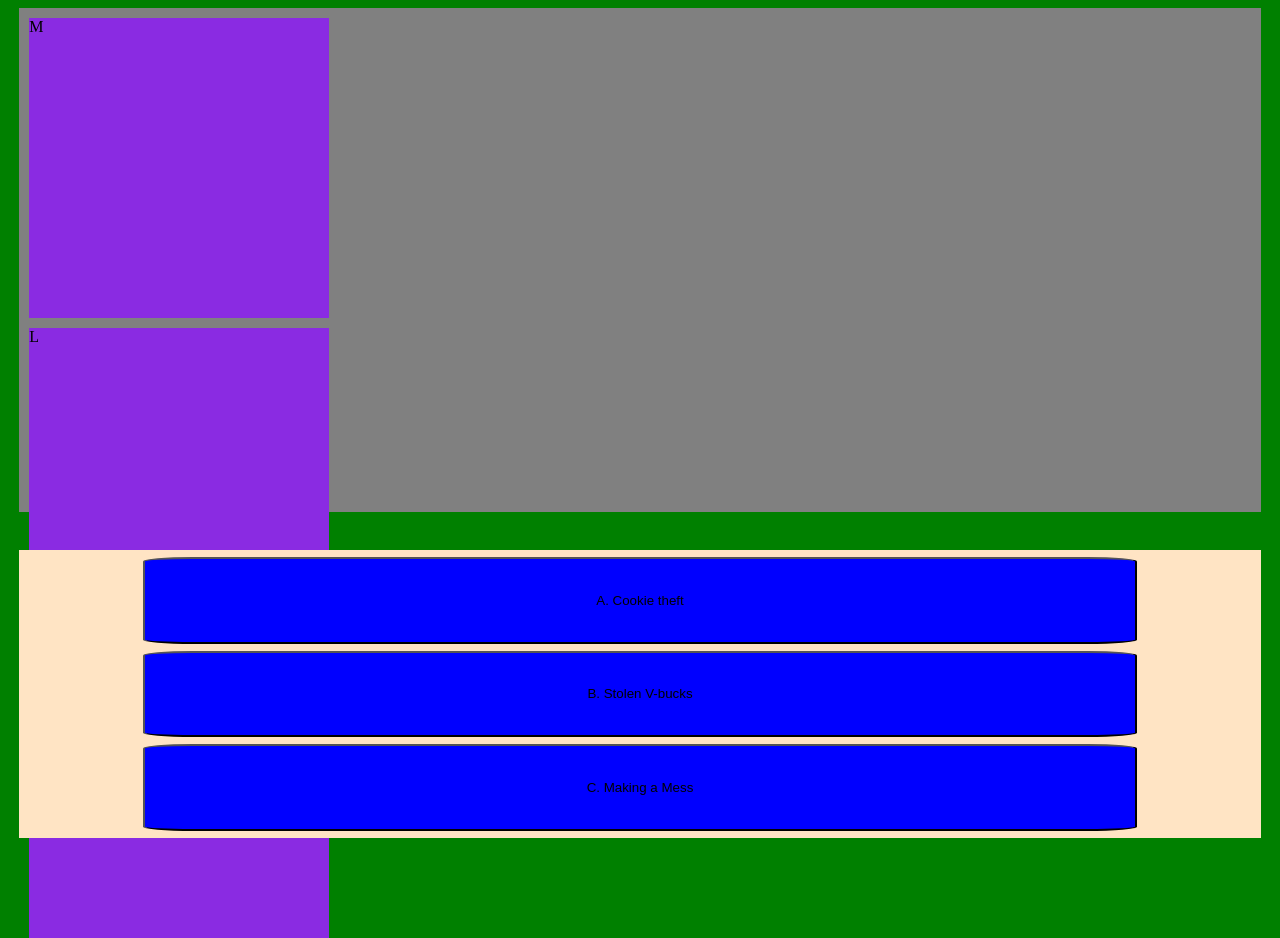
Repository: nguyenlejoe/Dynamic_notSoSherlock
Page: Alex Inductive Thinking/MultiChoice.html
An editor plug-in stored every save of this project. The page is shown before and after the next save, followed by the edit.
The browser window is 1280 px wide. The pictures show the whole page.

Above is the page before, as saved 2020-03-05 20:53:13.

After the next save:
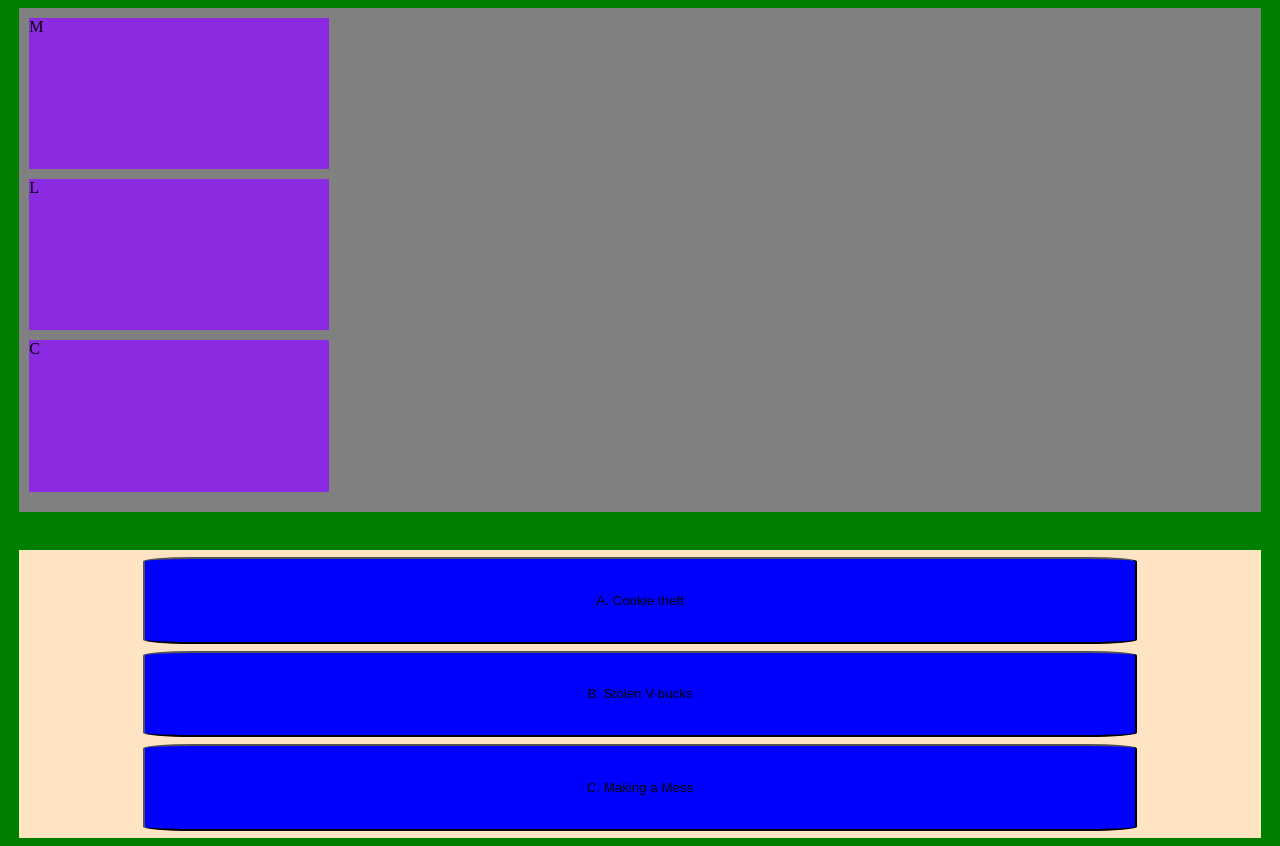
Saved 2 min 46 s later.
--- a/Alex Inductive Thinking/MultiChoice.css
+++ b/Alex Inductive Thinking/MultiChoice.css
@@ -15,7 +15,7 @@
 }
 .evidence{
     width: 300px;
-    height: 300px;
+    height: 30%;
     background-color: blueviolet;
     margin: 10px;
 }

After the save that followed:
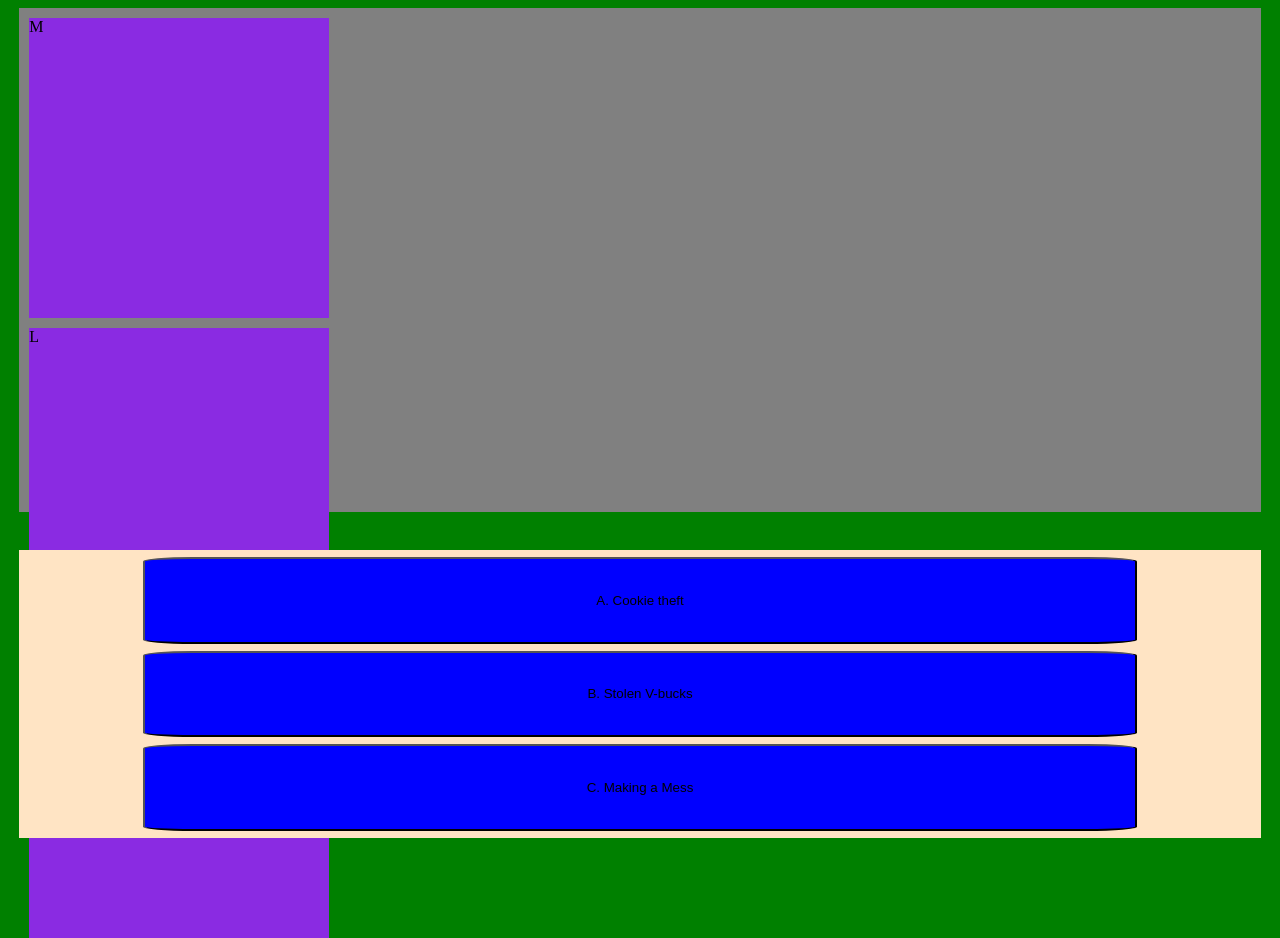
Saved 16 s later.
--- a/Alex Inductive Thinking/MultiChoice.css
+++ b/Alex Inductive Thinking/MultiChoice.css
@@ -15,7 +15,7 @@
 }
 .evidence{
     width: 300px;
-    height: 30%;
+    height: 300px;
     background-color: blueviolet;
     margin: 10px;
 }
